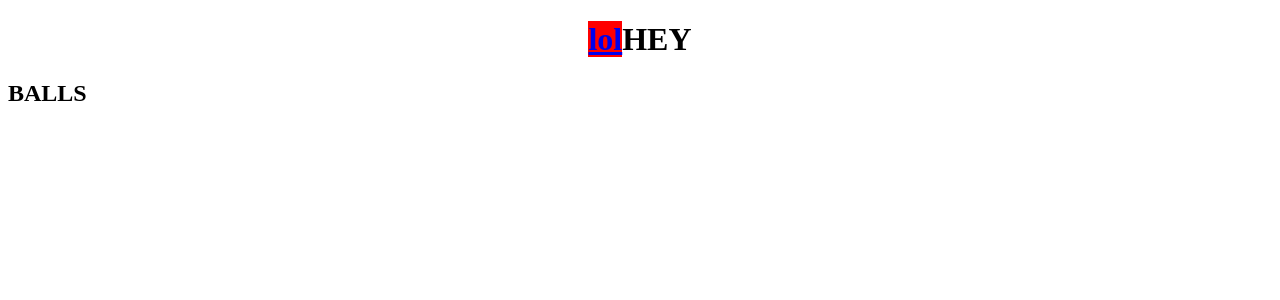
Repository: Ironicmanx/HTMLFILES
Page: responsive/responsive.html
An editor plug-in stored every save of this project. The page is shown before and after the next save, followed by the edit.
The browser window is 1280 px wide. The pictures show the whole page.

Above is the page before, as saved 2024-01-31 19:11:22.

After the next save:
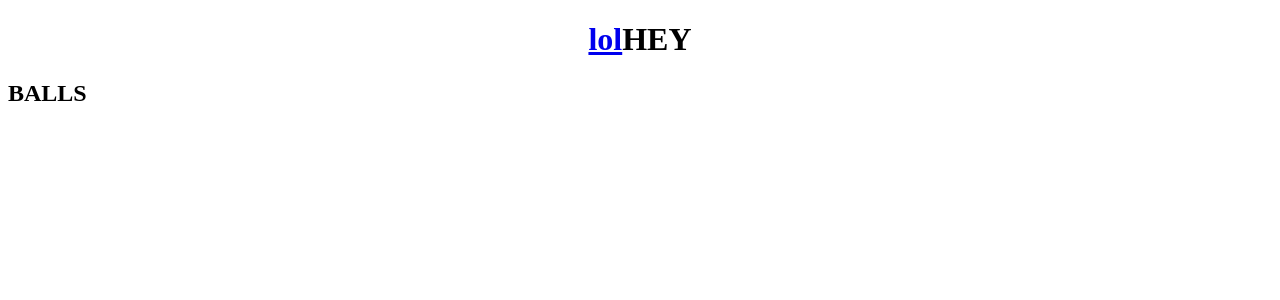
Saved 10 s later.
--- a/responsive/responsive.css
+++ b/responsive/responsive.css
@@ -1,5 +1,5 @@
 
-h1{
+@mixin h1{
 a{
     background-color: red;
 align-self: center;
